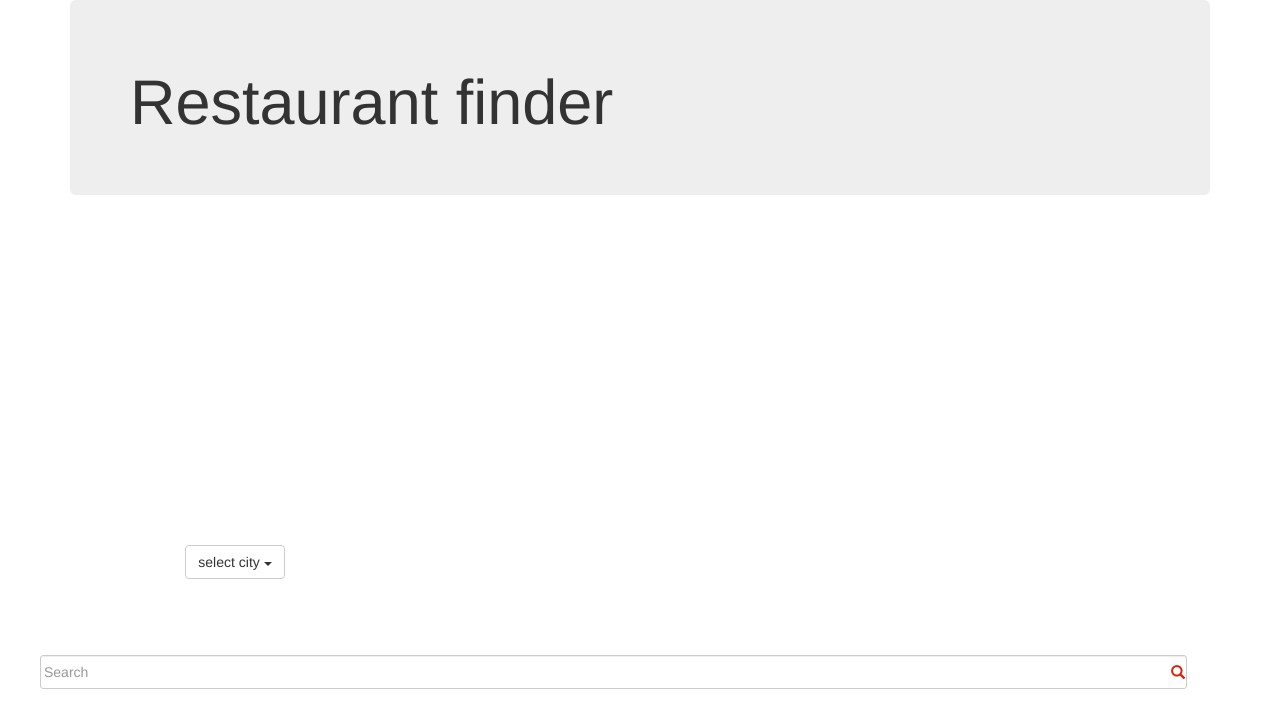
Repository: ganz-95/Denuvo-final
Page: http://localhost/restaurant/
These files come from the project's save history. The page is drawn as it stood at one moment and after the next save; the edit follows.
The browser window is 1280 px wide. The pictures show the whole page.
Some web libraries are served in a nearby version. The page is served by Tomcat 9.

Above is the page before, as saved 2017-01-23 15:40:05.

### workspace/restaurant/src/main/webapp/index.jsp
<!DOCTYPE html>
<html>
<head>
  <meta name="viewport" content="width=device-width, initial-scale=1">
  <link rel="stylesheet" href="https://maxcdn.bootstrapcdn.com/bootstrap/3.3.7/css/bootstrap.min.css">
  <script src="https://ajax.googleapis.com/ajax/libs/jquery/3.1.1/jquery.min.js"></script>
  <script src="https://maxcdn.bootstrapcdn.com/bootstrap/3.3.7/js/bootstrap.min.js"></script>
</head>
<body>
<div class="container" >
  <div class="jumbotron">
    <h1>              Restaurant finder             </h1>
     </div>



<div class="container" align="center">

  <br><br><br><br><br><br>

  <div class="dropdown" style="float:left;width:100px; height:100px; margin-top: 200px; margin-left: 100px;”">
    <button class="btn btn-default dropdown-toggle" type="button" data-toggle="dropdown">select city
    <span class="caret"></span></button>
    <ul class="dropdown-menu" align="center">
      <li class="dropdown-header">Popular</li>
      <li><a href="#">Chennai</a></li>
      <li><a href="#">Mumbai</a></li>
      <li><a href="#">Delhi</a></li>
      <li class="divider"></li>
      <li class="dropdown-header">Others</li>
      <li><a href="#">banglore</a></li>
      <li><a href="#">Hyderabad</a></li>
    </ul>
  </div>
</div>
<div class="container" style="float:right">
	<div class="row" >

           <div id="custom-search-input">
                            <div class="input-group col-md-12">
                                <input type="text" class="  search-query form-control" placeholder="Search" />
                                <span class="input-group-btn">
                                    <button class="btn btn-danger" type="button">
                                        <span class=" glyphicon glyphicon-search"></span>
                                    </button>
                                </span>
                            </div>
                        </div>
	</div>
</div><style>


#custom-search-input {
        margin:0;
        margin-top: 10px;
        padding: 0;
    }

    #custom-search-input .search-query {
        padding-right: 3px;
        padding-right: 4px \9;
        padding-left: 3px;
        padding-left: 4px \9;
        /* IE7-8 doesn't have border-radius, so don't indent the padding */

        margin-bottom: 0;
        -webkit-border-radius: 3px;
        -moz-border-radius: 3px;
        border-radius: 3px;
    }

    #custom-search-input button {
        border: 0;
        background: none;
        /** belows styles are working good */
        padding: 2px 5px;
        margin-top: 2px;
        position: relative;
        left: -20px;
        /* IE7-8 doesn't have border-radius, so don't indent the padding */
        margin-bottom: 0;
        -webkit-border-radius: 3px;
        -moz-border-radius: 3px;
        border-radius: 3px;
        color:#D9230F;
    }

    .search-query:focus + button {
        z-index: 3;
    }

</style>

</body>
</html>

After the next save:
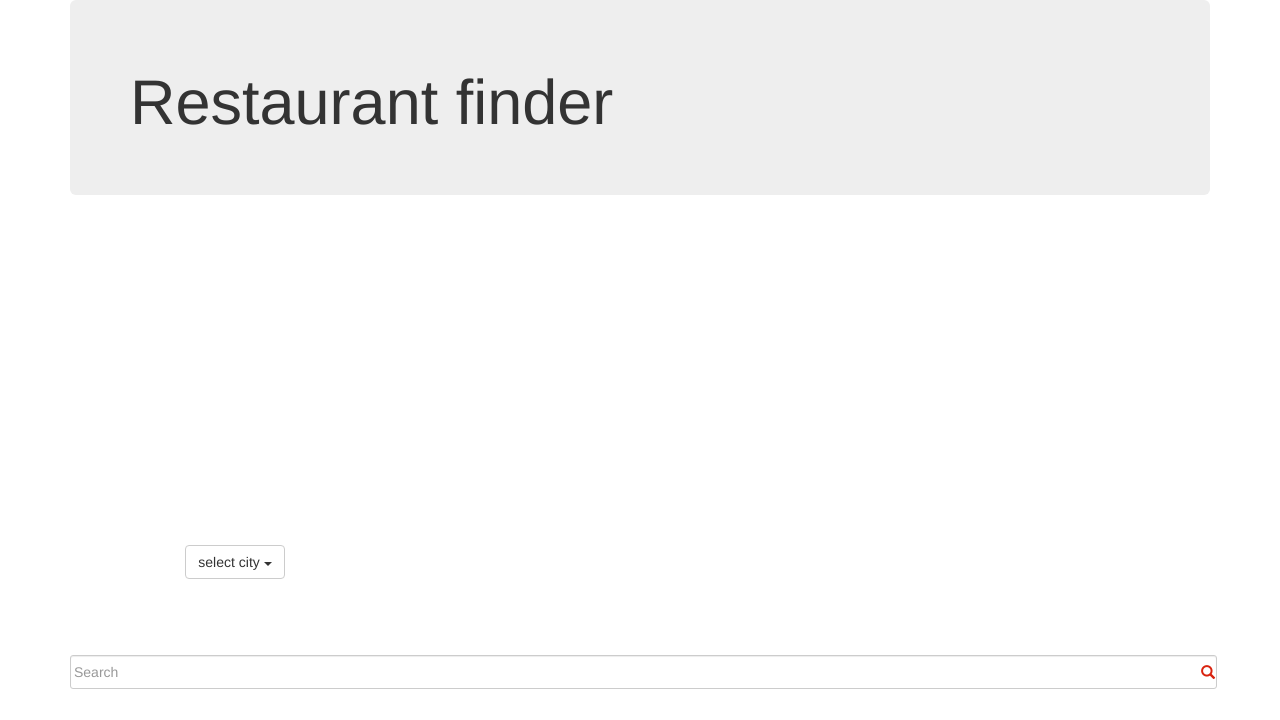
Saved 3 min 10 s later.
--- a/workspace/restaurant/src/main/webapp/index.jsp
+++ b/workspace/restaurant/src/main/webapp/index.jsp
@@ -33,8 +33,8 @@
     </ul>
   </div>
 </div>
-<div class="container" style="float:right">
-	<div class="row" >
+<div class="container" ">
+	<div class="row" style="float:right"; width:100px; height:100px; margin-top: 100px; margin-left: 200px;”>
 
            <div id="custom-search-input">
                             <div class="input-group col-md-12">
